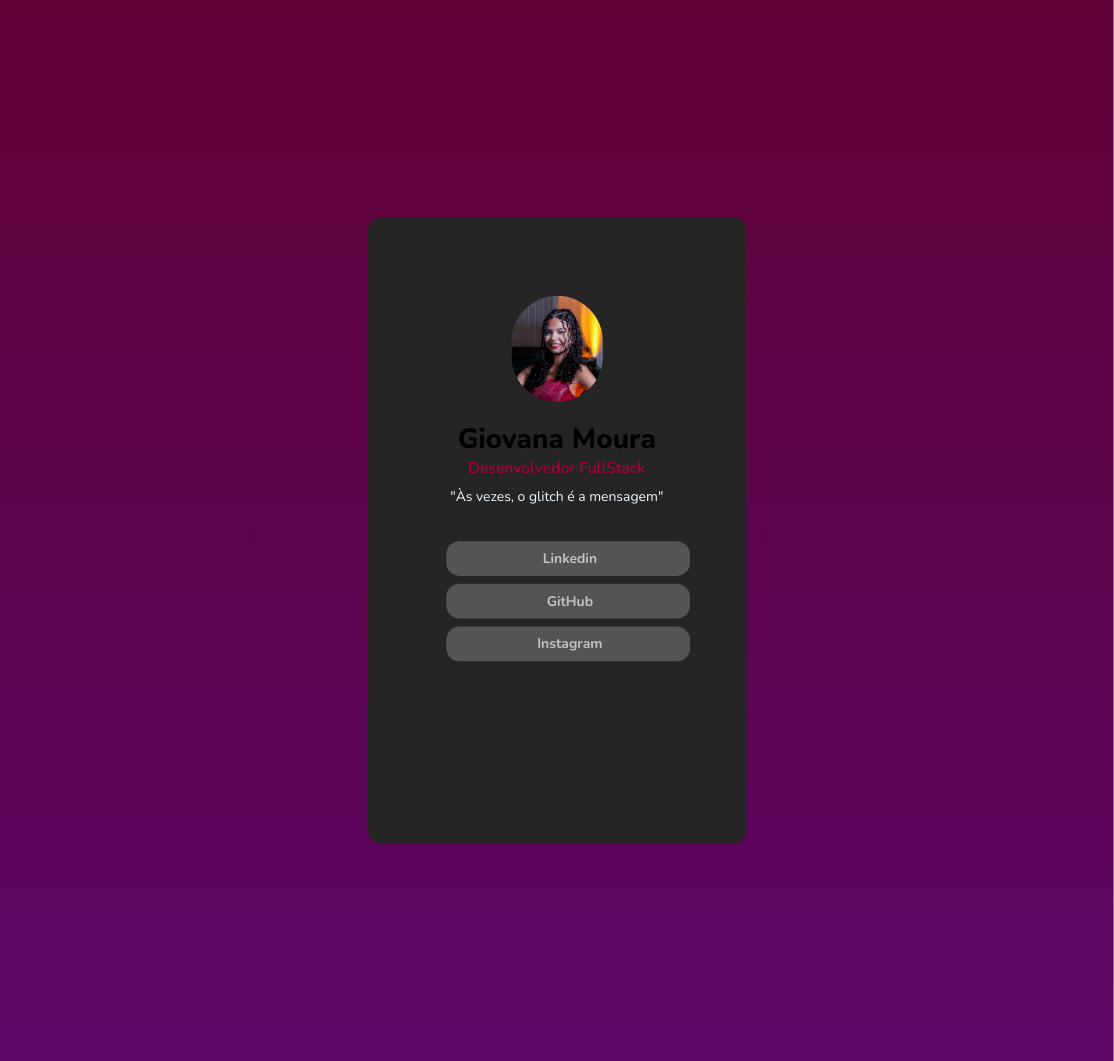
Repository: gimoli/linktree-giovana
Page: index.html
The author's editor kept a copy of each file at every save. The page is drawn from the files as they stood at one save, then again after a run of saves.
The browser window is 1280 px wide. The pictures show the whole page, at 87% of full size.
Some icons come from a web library that is not loaded, so they are not drawn.

Above is the page before, as saved 2025-04-14 19:26:23.

### index.html
<!DOCTYPE html>
<html lang="en">
<head>
    <meta charset="UTF-8">
    <meta name="viewport" content="width=device-width, initial-scale=1.0">
    <title>linktree Giovana</title>
    <link rel="stylesheet" href="./css/style.css">
    <link rel="preconnect" href="https://fonts.googleapis.com">
<link rel="preconnect" href="https://fonts.gstatic.com" crossorigin>
<link href="https://fonts.googleapis.com/css2?family=Nunito:ital,wght@0,200..1000;1,200..1000&display=swap" rel="stylesheet">
<link rel="stylesheet" type='text/css' href="https://fontawesome.com/icons/instagram?f=classic&s=brands" />

</head>
<body>
    <div class="container-main">
        <div class="container-imagem">
            <img src="./image-profile.jfif" alt="foto perfil"/>
        </div>
        <div class="container-infos">
            <h1>Giovana Moura</h1>
            <h3>Desenvolvedor FullStack</h3>
        </div>
        <div class="container-easter-egg">
            <p>"Às vezes, o glitch é a mensagem"</p>
        </div>
        <div class="container-social">
            <ul>
                <a href="https://www.linkedin.com/in/giovana-moura-3543032bb/" target="_blank" class="botao-linktree-1">
                     <li>

                        <i class="fa-brands fa-linkedin"></i>

                         <p>Linkedin</p>
                    </li>
                </a>

                <a href="https://github.com/gimoli" target="_blank" class="botao-linktree-2">
                     <li>
                        <i class="fa-brands fa-github"></i>
                        <p>GitHub</p>
                    </li>
                </a>
                <a href="https://www.instagram.com/gimoli_n?igsh=cTNvNDJ0M3owb3Vs&utm_source=qr" target="_blank" class="botao-linktree-3">
                     <li>
                        <i class="fa-brands fa-instagram"></i>
                        <p>Instagram</p>
                    </li>
                </a>
            </ul>
        </div>
    </div>
</body>
</html>

### CSS/style.css
@import url("./effects.css");

*{
    font-family: "Nunito", sans-serif;
    margin: 0;
    padding: 0;
}

body {
    background-color: #833AB4;
    background: linear-gradient(0deg, rgb(92, 6, 100) 0%, rgb(97, 3, 55) 100%);
    animation: gradientShift 10s ease infinite;
    background-size: 400%;
}


.container-main {
    background-color: rgb(37, 37, 37);
    width: 435px;
    height: 720px;
    box-sizing: border-box;
    margin: 250px auto;
    padding: 90px;
    border-radius: 15px;
    text-align: center;
}

.container-imagem img{
    width: 105px;
    border-radius: 100px;
}

.container-infos {
    margin-top: 15px;
    margin-bottom: 10px;
}

.container-infos h1 {
    font-weight: 800;
}

.container-infos h3{
    color: #a80038;
    font-weight: 600;
    font-size: 18px;
}

.container-easter-egg {
    margin-bottom: 15px;
    color: aliceblue;
}

.container-social ul{
    list-style-type: none;
}

.container-social a{
    text-decoration: none;
    color: rgb(194, 194, 194);
}

.container-social{
  margin-top: 40px;
}

.container-social li {
  display: flex;
  justify-content: center;
  gap: 5px;
  align-items: center;
  width: 280px;
  height: 40px;
  background-color: rgb(83, 85, 85);
  margin: 9px 0;
  border-radius: 15px;
  font-weight: 700;
  transition-duration: 0.6s;

  &:hover{
    background-color: #a80038;
    transform: scale(1.1);
  }
}

### CSS/effects.css
@keyframes gradient {
    0% {background-position: 0% 50%;}
    50% {background-position: 100% 50%;}
    100% {background-position: 0% 50%;}
}

After the next 2 saves:
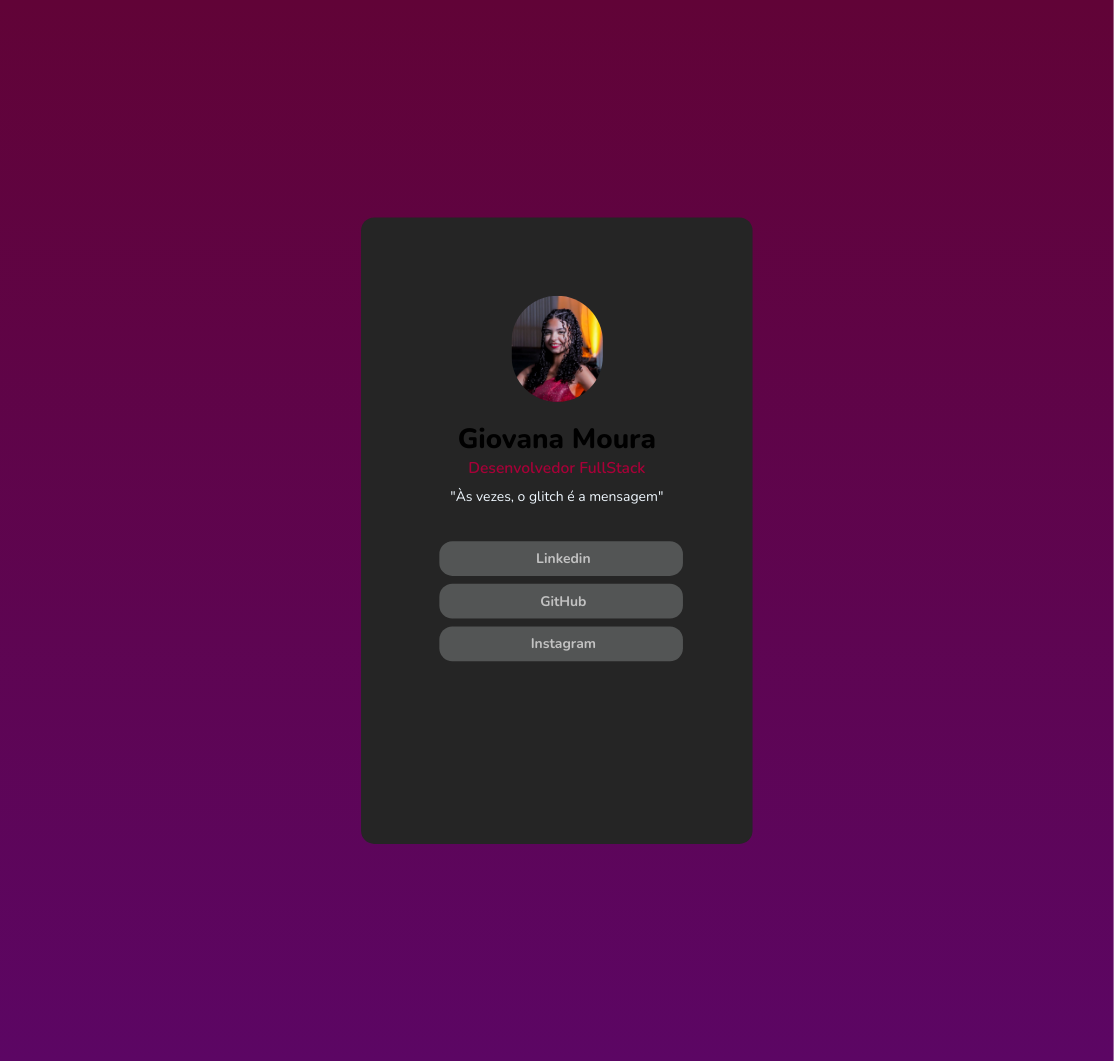
The 2 saves are shown as one change because they came seconds apart.
The last was saved 93 s later.
--- a/CSS/style.css
+++ b/CSS/style.css
@@ -16,7 +16,7 @@ body {
 
 .container-main {
     background-color: rgb(37, 37, 37);
-    width: 435px;
+    width: 450px;
     height: 720px;
     box-sizing: border-box;
     margin: 250px auto;
